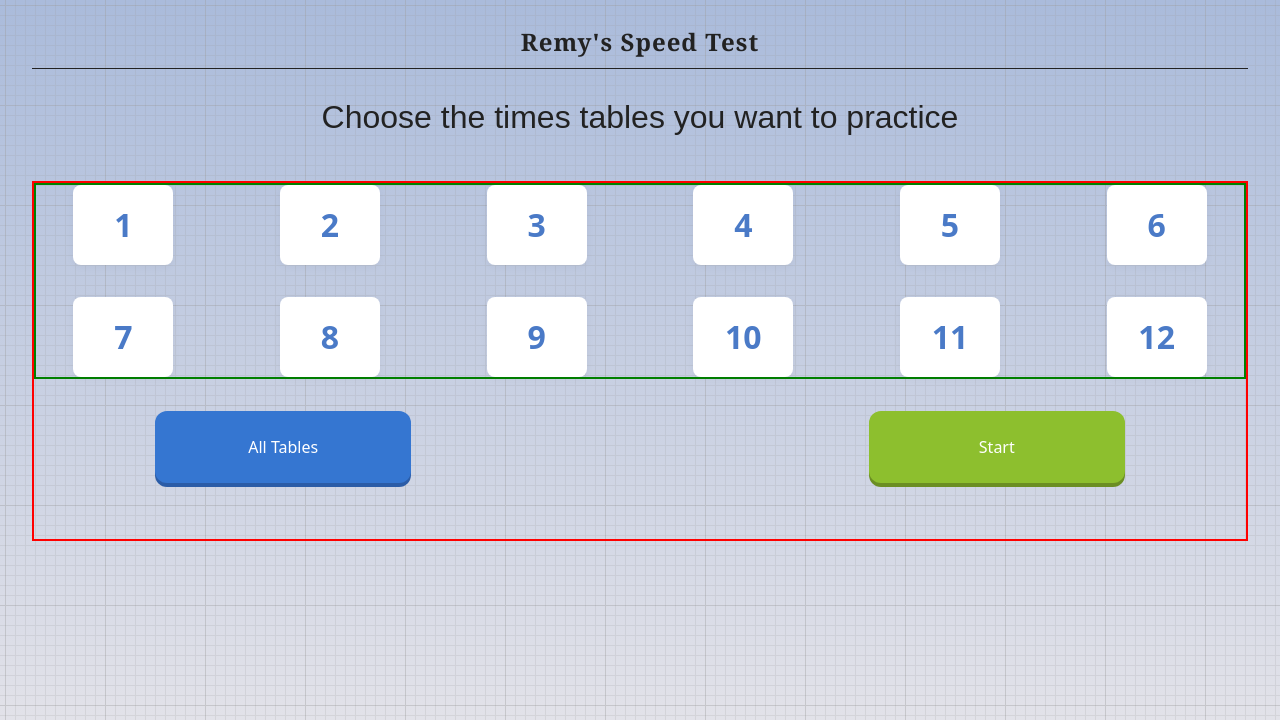
Repository: Chinurum-Omenuko/remys-speed-test
Page: / (app in app/)
These files come from the project's save history. The page is drawn as it stood at one moment and after the next save; the edit follows.
The browser window is 1280 px wide. The pictures show the whole page.
The project was rebuilt for these pictures with package versions that can differ from the ones it lists, and the page was loaded fresh each time. The framework's server and built-in components were replaced by stand-ins that run in the browser. Also part of the build but not shown: app/svelte.config.js, app/vite.config.ts.

Above is the page before, as saved 2025-11-17 21:21:05.

After the next save:
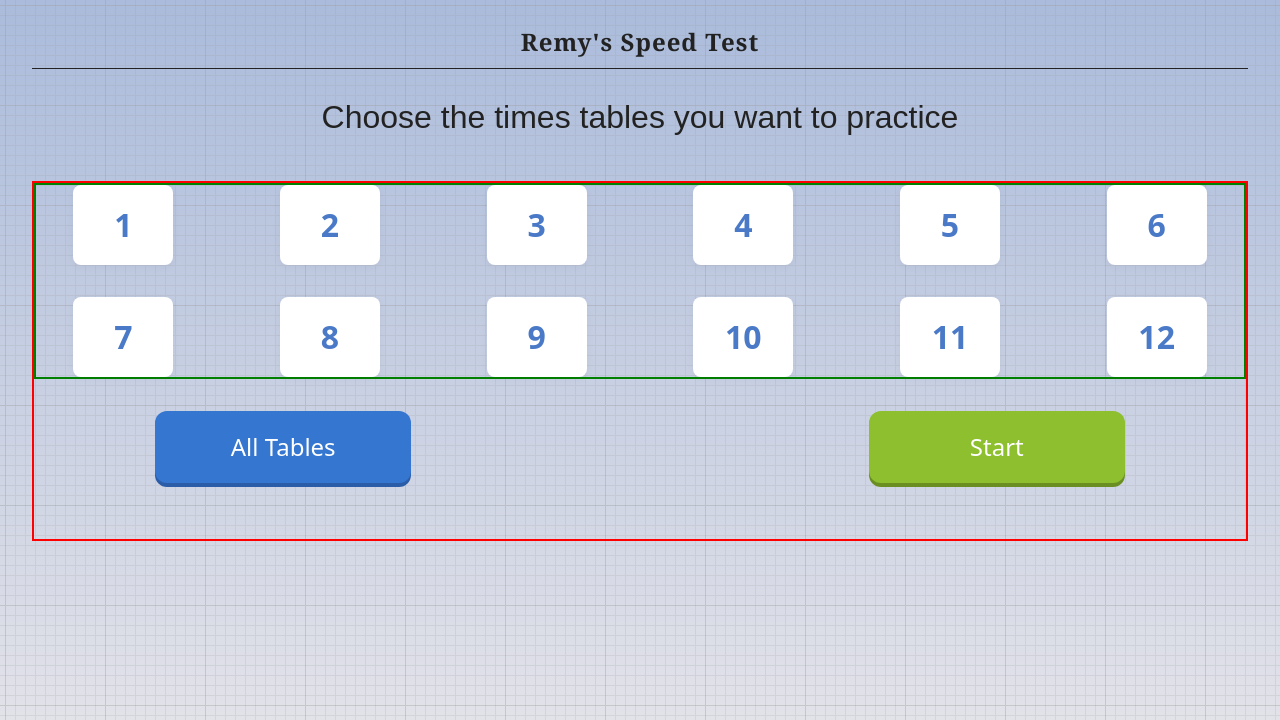
Saved 7 s later.
--- a/app/src/routes/+page.svelte
+++ b/app/src/routes/+page.svelte
@@ -282,7 +282,7 @@
 		.btn{
 			width: 20vw;
 			height: 10vh;
-			font-size: 1rem;
+			font-size: 1.5rem;
 		}
 	}
 

After the save that followed:
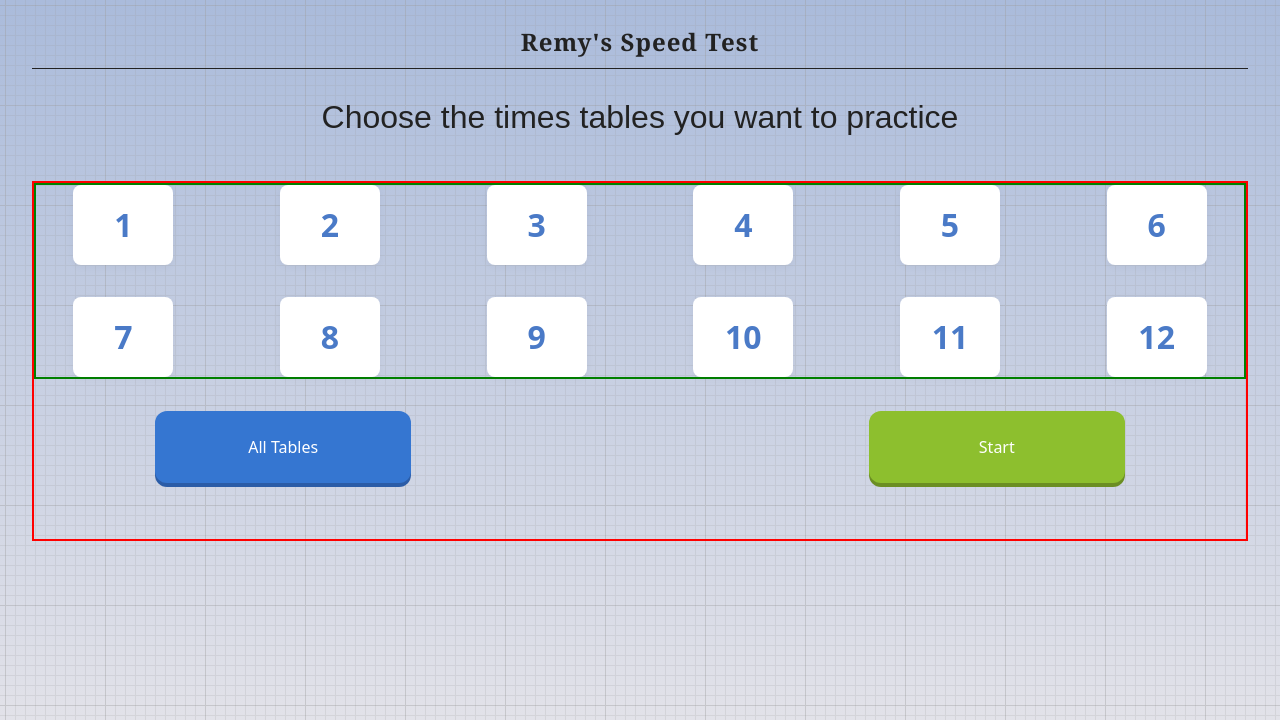
Saved 8 s later.
--- a/app/src/routes/+page.svelte
+++ b/app/src/routes/+page.svelte
@@ -282,7 +282,7 @@
 		.btn{
 			width: 20vw;
 			height: 10vh;
-			font-size: 1.5rem;
+			font-size: 1rem;
 		}
 	}
 
